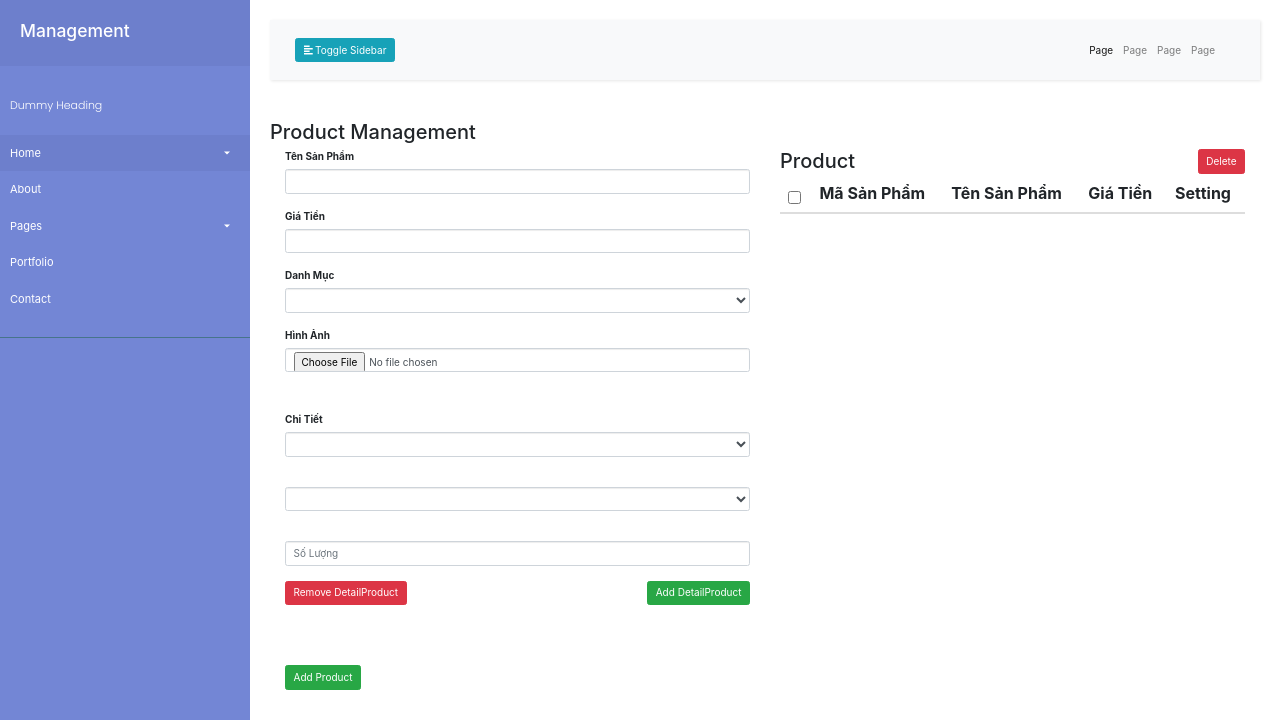
Repository: tiendungnguyen738/shoponline
Page: http://localhost/shoponline/WEB-INF/views/Product_Admin.jsp
These files come from the project's save history. The page is drawn as it stood at one moment and after the next save; the edit follows.
The browser window is 1280 px wide. The pictures show the whole page.
Some web libraries are served in a nearby version. The page is served by Tomcat 9. Nobody is signed in. Other server files are loaded and not shown. The template is opened directly, without the code that normally fills it, so the values that code supplies are empty.

Above is the page before, as saved 2019-09-24 13:54:03.

### shoponline/src/main/webapp/WEB-INF/views/Product_Admin.jsp
<%@ taglib prefix="c" uri="http://java.sun.com/jsp/jstl/core"%>
<%@ page contentType="text/html;charset=UTF-8" language="java"%>

<html>
<head>
	<title>Product-Manage</title>
	<meta charset="utf-8">
	<link rel="stylesheet"
		href="https://maxcdn.bootstrapcdn.com/bootstrap/3.4.0/css/bootstrap.min.css">
	<link rel="stylesheet"
		href="<c:url value='/resources/admin/product-admin.css'/>" />
 	<link rel="stylesheet"
		href="<c:url value='/resources/admin/style.css'/>" />

	<meta name="viewport" content="width=device-width, initial-scale=1.0">
	<meta http-equiv="X-UA-Compatible" content="IE=edge">

	<link rel="stylesheet"
		href="https://stackpath.bootstrapcdn.com/bootstrap/4.1.0/css/bootstrap.min.css"
		integrity="sha384-9gVQ4dYFwwWSjIDZnLEWnxCjeSWFphJiwGPXr1jddIhOegiu1FwO5qRGvFXOdJZ4"
		crossorigin="anonymous">
	<script defer
		src="https://use.fontawesome.com/releases/v5.0.13/js/solid.js"
		integrity="sha384-tzzSw1/Vo+0N5UhStP3bvwWPq+uvzCMfrN1fEFe+xBmv1C/AtVX5K0uZtmcHitFZ"
		crossorigin="anonymous"></script>
	<script defer
		src="https://use.fontawesome.com/releases/v5.0.13/js/fontawesome.js"
		integrity="sha384-6OIrr52G08NpOFSZdxxz1xdNSndlD4vdcf/q2myIUVO0VsqaGHJsB0RaBE01VTOY"
		crossorigin="anonymous"></script>

</head>
<body>
	<div class="wrapper">
		<nav id="sidebar">
			<div class="sidebar-header">
				<h3>Management</h3>
			</div>

			<ul class="list-unstyled components">
				<p>Dummy Heading</p>
				<li class="active"><a href="#homeSubmenu"
					data-toggle="collapse" aria-expanded="false"
					class="dropdown-toggle">Home</a>
					<ul class="collapse list-unstyled" id="homeSubmenu">
						<li><a href="#">Home 1</a></li>
						<li><a href="#">Home 2</a></li>
						<li><a href="#">Home 3</a></li>
					</ul></li>
				<li><a href="#">About</a></li>
				<li><a href="#pageSubmenu" data-toggle="collapse"
					aria-expanded="false" class="dropdown-toggle">Pages</a>
					<ul class="collapse list-unstyled" id="pageSubmenu">
						<li><a href="#">Page 1</a></li>
						<li><a href="#">Page 2</a></li>
						<li><a href="#">Page 3</a></li>
					</ul></li>
				<li><a href="#">Portfolio</a></li>
				<li><a href="#">Contact</a></li>
			</ul>

		</nav>
		<div id="content">

			<nav class="navbar navbar-expand-lg navbar-light bg-light">
				<div class="container-fluid">

					<button type="button" id="sidebarCollapse" class="btn btn-info">
						<i class="fas fa-align-left"></i> <span>Toggle Sidebar</span>
					</button>
					<button class="btn btn-dark d-inline-block d-lg-none ml-auto"
						type="button" data-toggle="collapse"
						data-target="#navbarSupportedContent"
						aria-controls="navbarSupportedContent" aria-expanded="false"
						aria-label="Toggle navigation">
						<i class="fas fa-align-justify"></i>
					</button>

					<div class="collapse navbar-collapse" id="navbarSupportedContent">
						<ul class="nav navbar-nav ml-auto">
							<li class="nav-item active"><a class="nav-link" href="#">Page</a>
							</li>
							<li class="nav-item"><a class="nav-link" href="#">Page</a></li>
							<li class="nav-item"><a class="nav-link" href="#">Page</a></li>
							<li class="nav-item"><a class="nav-link" href="#">Page</a></li>
						</ul>
					</div>
				</div>
			</nav>

			<h2>Product Management</h2>
			<div class="col-md-6 col-sm-12 form-group">
				<form id="form-sanpham">
					<label>Tên Sản Phẩm</label> <input type="text" class="form-control"
						id="tenSanPham" name="tenSanPham"></br> <label>Giá Tiền</label>
					<input type="text" class="form-control" id="giaTien" name="giaTien"></br>

					<label for="danhmucsanpham">Danh Mục</label><br> <select
						id="danhmucsanpham" name="danhmucsanpham" class="form-control">
						<c:forEach items="${categoryList}" var="categoryList">
							<option value="${categoryList.category_id}">${categoryList.category_name}</option>
						</c:forEach>
					</select><br /> <label>Hình Ảnh</label> <input type="file"
						class="form-control" id="uploadhinhanh" name="uploadhinhanh"></br>
					<br />
				</form>
				<div id="containerChitietsanpham">

					<div class="chitietsanpham">
						<label>Chi Tiết</label></br> <select name="size" class="form-control">
							<c:forEach items="${sizeList}" var="sizeList">
								<option value="${sizeList.id}">${sizeList.sizeName}</option>
							</c:forEach>
						</select></br>
						</br> <select name="mau" class="form-control">
							<c:forEach items="${colorList}" var="colorList">
								<option value="${colorList.id}">${colorList.colorName}</option>
							</c:forEach>
						</select></br>
						</br> <input type="number" name="soluong" class="form-control"
							placeholder="Số Lượng" /></br>
						<button type="button" class="btn btn-danger btn-remove"
							style="display: inline;">Remove DetailProduct</button>
						<button type="button" class="btn btn-success btn-detail"
							style="float: right; display: inline;">Add DetailProduct</button>
						</br>
					</div>
					</br>
					</br>
				</div>

				<div class="chitietsanpham" id="idChiTietSanPham">
					<label>Chi Tiết</label></br> <select name="size" class="form-control"
						id="size1">
						<c:forEach items="${sizeList}" var="sizeList">
							<option value="${sizeList.id}">${sizeList.sizeName}</option>
						</c:forEach>
					</select></br>
					</br> <select name="mau" class="form-control" id="mau1">
						<c:forEach items="${colorList}" var="colorList">
							<option value="${colorList.id}">${colorList.colorName}</option>
						</c:forEach>
					</select></br>
					</br> <input type="number" name="soluong" id="soLuong1"
						class="form-control" placeholder="Số Lượng" /></br>
					<button type="button" class="btn btn-danger btn-remove"
						style="display: inline;">Remove DetailProduct</button>
					<button type="button" class="btn btn-success btn-detail"
						style="float: right; display: inline;">Add DetailProduct</button>
					</br>
					<br />
					<button type="button" class="btn btn-dark" id="cancel">Cancel</button>
					<button type="button" class="btn btn-primary capNhatSanPham"
						id="capNhatSanPham">Update Product</button>
				</div>
				</br>
				</br>
				<button id="btn-themSanPham" type="button" class="btn btn-success">Add
					Product</button>

			</div>
			<div class="col-md-6 col-sm-12">
				<div>
					<h2 style="display: inline;">Product</h2>
					<button type="button" class="btn btn-danger" id="button-delete"
						style="float: right; display: inline;">Delete</button>
				</div>
				<table class="table table-hover" id="table-product">
					<thead>
						<tr>
							<th><input type="checkbox" class="AllCheckBox" id="allBox"></th>
							<th>Mã Sản Phẩm</th>
							<th>Tên Sản Phẩm</th>
							<th>Giá Tiền</th>
							<th>Setting</th>
						</tr>
					</thead>
					<tbody>
						<c:forEach items="${productList1}" var="pro">
							<tr>
								<td><input type="checkbox" value="${pro.id}" name="sport" /></td>
								<td>${pro.id}</td>
								<td>${pro.productName}</td>
								<td>${pro.price}</td>
								<td><button type="button" class="btn btn-warning"
										value="${pro.id}" id="editProduct">Edit</button></td>
							</tr>
						</c:forEach>
					</tbody>
				</table>
				<ul
					style="display: inline; list-style-type: none; margin-left: -6%;">
					<c:forEach begin="1" end="${tongSoTrang}" var="trangThu">
						<li style="display: inline; margin-right: 0.2%;"><a
							href="/shoponline/admin-product/${trangThu}"
							style="padding: 7px 10px; border-radius: 5px; border: 1px blue solid;"><c:out
									value="${trangThu}" /></a></li>
					</c:forEach>
				</ul>
			</div>


		</div>
	</div>

	<script src="https://code.jquery.com/jquery-3.3.1.slim.min.js"
		integrity="sha384-q8i/X+965DzO0rT7abK41JStQIAqVgRVzpbzo5smXKp4YfRvH+8abtTE1Pi6jizo"
		crossorigin="anonymous"></script>
	<!-- Popper.JS -->
	<script
		src="https://cdnjs.cloudflare.com/ajax/libs/popper.js/1.14.0/umd/popper.min.js"
		integrity="sha384-cs/chFZiN24E4KMATLdqdvsezGxaGsi4hLGOzlXwp5UZB1LY//20VyM2taTB4QvJ"
		crossorigin="anonymous"></script>
	<!-- Bootstrap JS -->
	<script
		src="https://stackpath.bootstrapcdn.com/bootstrap/4.1.0/js/bootstrap.min.js"
		integrity="sha384-uefMccjFJAIv6A+rW+L4AHf99KvxDjWSu1z9VI8SKNVmz4sk7buKt/6v9KI65qnm"
		crossorigin="anonymous"></script>

	<script type="text/javascript">
		$(document).ready(function() {
			$('#sidebarCollapse').on('click', function() {
				$('#sidebar').toggleClass('active');
			});
		});
	</script>
</body>

	<script src="http://code.jquery.com/jquery-1.9.1.js"></script>
	<script src="http://malsup.github.com/jquery.form.js"></script>
	<script type="text/javascript" src="<c:url value='/resources/js/productManage.js'/>"></script>

</html>

### shoponline/src/main/webapp/resources/admin/product-admin.css
#idChiTietSanPham{
	 display:none;
}

### shoponline/src/main/webapp/resources/admin/style.css
/*
    DEMO STYLE
*/

@import "https://fonts.googleapis.com/css?family=Poppins:300,400,500,600,700";
body {
    font-family: 'Poppins', sans-serif;
    background: #fafafa;
}

p {
    font-family: 'Poppins', sans-serif;
    font-size: 1.1em;
    font-weight: 300;
    line-height: 1.7em;
    color: #999;
}

a,
a:hover,
a:focus {
    color: inherit;
    text-decoration: none;
    transition: all 0.3s;
}

.navbar {
    padding: 15px 10px;
    background: #fff;
    border: none;
    border-radius: 0;
    margin-bottom: 40px;
    box-shadow: 1px 1px 3px rgba(0, 0, 0, 0.1);
}

.navbar-btn {
    box-shadow: none;
    outline: none !important;
    border: none;
}

.line {
    width: 100%;
    height: 1px;
    border-bottom: 1px dashed #ddd;
    margin: 40px 0;
}

/* ---------------------------------------------------
    SIDEBAR STYLE
----------------------------------------------------- */

.wrapper {
    display: flex;
    width: 100%;
    align-items: stretch;
}

#sidebar {
    min-width: 250px;
    max-width: 250px;
    background: #7386D5;
    color: #fff;
    transition: all 0.3s;
}

#sidebar.active {
    margin-left: -250px;
}

#sidebar .sidebar-header {
    padding: 20px;
    background: #6d7fcc;
}

#sidebar ul.components {
    padding: 20px 0;
    border-bottom: 1px solid #47748b;
}

#sidebar ul p {
    color: #fff;
    padding: 10px;
}

#sidebar ul li a {
    padding: 10px;
    font-size: 1.1em;
    display: block;
    color: white;
}

#sidebar ul li a:hover {
    color: #7386D5;
    background: #fff;
}

#sidebar ul li.active>a,
a[aria-expanded="true"] {
    color: #fff;
    background: #6d7fcc;
}

a[data-toggle="collapse"] {
    position: relative;
}

.dropdown-toggle::after {
    display: block;
    position: absolute;
    top: 50%;
    right: 20px;
    transform: translateY(-50%);
}

ul ul a {
    font-size: 0.9em !important;
    padding-left: 30px !important;
    background: #6d7fcc;
}

ul.CTAs {
    padding: 20px;
}

ul.CTAs a {
    text-align: center;
    font-size: 0.9em !important;
    display: block;
    border-radius: 5px;
    margin-bottom: 5px;
}

a.download {
    background: #fff;
    color: #7386D5;
}

a.article,
a.article:hover {
    background: #6d7fcc !important;
    color: #fff !important;
}

/* ---------------------------------------------------
    CONTENT STYLE
----------------------------------------------------- */

#content {
    width: 100%;
    padding: 20px;
    min-height: 100vh;
    transition: all 0.3s;
}

/* ---------------------------------------------------
    MEDIAQUERIES
----------------------------------------------------- */

@media (max-width: 768px) {
    #sidebar {
        margin-left: -250px;
    }
    #sidebar.active {
        margin-left: 0;
    }
    #sidebarCollapse span {
        display: none;
    }
}

### shoponline/src/main/webapp/resources/js/productManage.js
$(document).ready(function(){
	var idProduct = 0;
    var files= [];
	var nameImage = "";
	$("#uploadhinhanh").change(function(event){
		 files = event.target.files;
	       nameImage = files[0].name;
	       var forms = new FormData();
	       forms.append("file",files[0]);
	       $.ajax({
	           url:"/shoponline/api-product-manage/upload-image",
	           type:"POST",
	           data:forms,
	           processData: false,
	           contentType: false,
	           enctype:"multipart/form-data",
	           success:function(value){
	               alert("upload thanh cong");
	           }
	       })
	})

	$("body").on("click",".btn-detail",function(){
		var This = $("#idChiTietSanPham").clone();
		This.removeAttr("id");
		This.appendTo($("#containerChitietsanpham"));
	})

	$("body").delegate(".btn-remove","click",function(){
		this.closest(".chitietsanpham").remove();
	})

	$("body").on("click","#btn-themSanPham",function(){
		var productForm = {};
		var productDetail =[];

		var form  = $("#form-sanpham").serializeArray();
		$.each(form, function(i, field){
		   productForm[field.name] = field.value;
		  });

		$("#containerChitietsanpham > .chitietsanpham").each(function(){
			objectChiTiet = {};
            mauSanPham = $(this).find('select[name="mau"]').val();
            sizeSanPham = $(this).find('select[name="size"]').val();
            soLuong = $(this).find('input[name="soluong"]').val();

            objectChiTiet["mauSanPham"] = mauSanPham;
            objectChiTiet["sizeSanPham"] = sizeSanPham;
            objectChiTiet["soLuong"] = soLuong;

            productDetail.push(objectChiTiet);
		});

		productForm["productDetail"] = productDetail;
		productForm["nameImage"] = nameImage;
		var formInfor = JSON.stringify(productForm);
		console.log(formInfor);
		$.ajax({
			 url:"/shoponline/api-product-manage/add-product",
			 type:"POST",
			 data:{
				 formInfor:formInfor
			 },
			 success:function(value){
				 alert("add success");
			 }

		})
	})

	$("body").on("click","#editProduct",function(){
        $("#btn-themSanPham").addClass("hide");
        $("#uploadhinhanh").prop('readonly', true);
		idProduct = $(this).closest("tr").find("input[name='sport']").val();
		$.ajax({
			url:"/shoponline/api-product-manage/edit-product",
			type:"POST",
			data:{
				idProduct:idProduct
			},
			success:function(value){
				   $("#tenSanPham").val(value.productName);
	               $("#giaTien").val(value.price);
	               $("#danhmucsanpham").val(value.category.category_id);

	               $("#containerChitietsanpham").html("");

	               for( i in value.productsDetail){
	                   var chitietsanpham = $("#idChiTietSanPham").clone().removeAttr("id");
	                   chitietsanpham.find("#mau1").val(value.productsDetail[i].color.id);
	                   chitietsanpham.find("#size1").val(value.productsDetail[i].size.id);
	                   chitietsanpham.find("#soLuong1").val(value.productsDetail[i].soLuong);
	                   $("#containerChitietsanpham").append(chitietsanpham);
	               }
	               $("#cancel").removeClass("hide");
	               $("#capNhatSanPham").removeClass("hide");
			}
		})
	})

	$("body").on("click","#cancel",function(){
       $("#btn-themSanPham").removeClass("hide");
       $(this).addClass("hide");
       $("#capNhatSanPham").addClass("hide");
   })

	$("#allBox").change(function(){
       if(this.checked){
           $("#table-product input").each(function () {
                $(this).prop("checked",true);
           })
       }else {
           $("#table-product input").each(function () {
               $(this).prop("checked",false);
           })
       }
   })

   $("#button-delete").click(function(){
	   var idProduct;
	   $("#table-product input[name='sport']:checked").each(function () {
		   idProduct = $(this).val();
		   var This = $(this);
		   $.ajax({
			   url:"/shoponline/api-product-manage/delete-product",
			   type:"POST",
			   data:{
				   idProduct:idProduct
			   },
			   success:function(value){
				   alert("delete success !!!");
				   This.closest("tr").remove();
			   }
		   })
      })
   })

	$("body").on("click","#capNhatSanPham",function(){
		var formData = $("#form-sanpham").serializeArray();
        json = {};
        arrayChiTiet = [];
        $("#containerChitietsanpham > .chitietsanpham").each(function(){
            objectChiTiet = {};
            mauSanPham = $(this).find('select[name="mau"]').val();
            sizeSanPham = $(this).find('select[name="size"]').val();
            soLuong = $(this).find('input[name="soluong"]').val();

            objectChiTiet["mauSanPham"] = mauSanPham;
            objectChiTiet["sizeSanPham"] = sizeSanPham;
            objectChiTiet["soLuong"] = soLuong;

            arrayChiTiet.push(objectChiTiet);
        })

        $.each(formData,function(i,field){
            json[field.name] = field.value;
        })
        json["chiTietSanPham"] = arrayChiTiet;
        json["idProduct"] = idProduct;
        $.ajax({
            url:"/shoponline/api-product-manage/capNhapSanPham",
            type:"POST",
            data:{
                dataJson:JSON.stringify(json)
            },
            success:function(value){
                alert("update product success");
            }
        })
	})


})

After the next save:
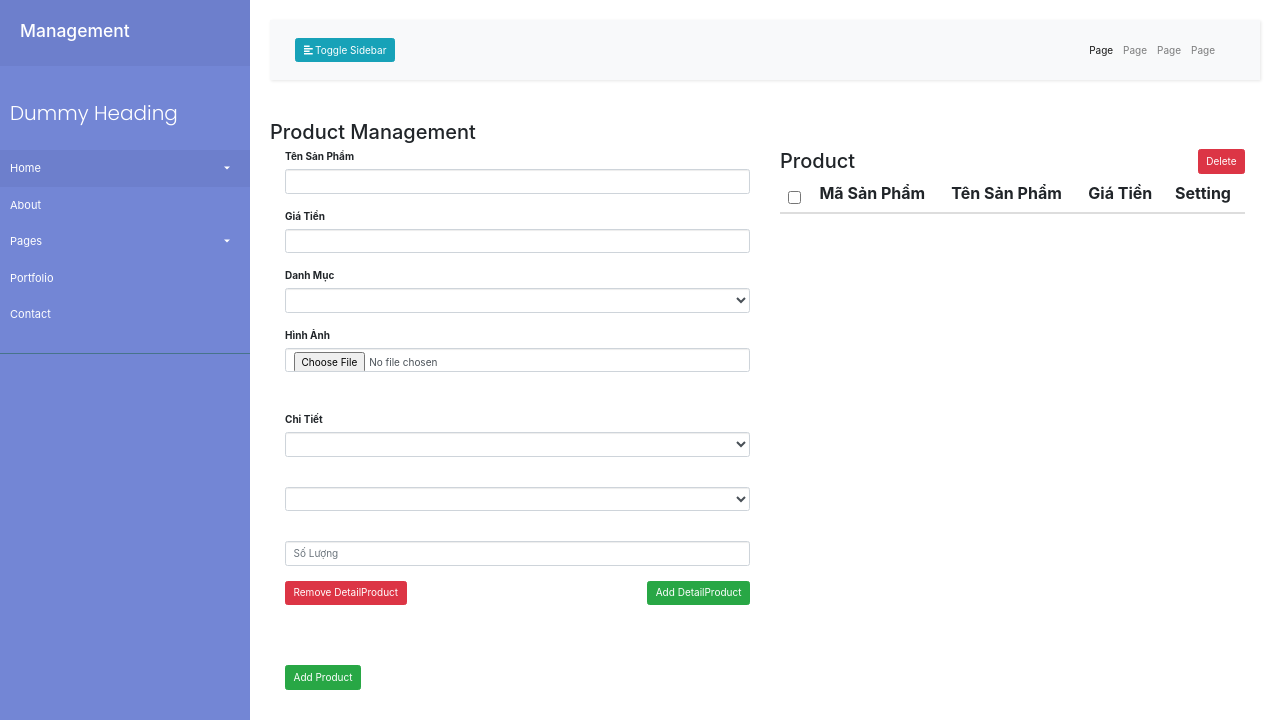
Saved 19 s later.
--- a/shoponline/src/main/webapp/resources/admin/style.css
+++ b/shoponline/src/main/webapp/resources/admin/style.css
@@ -10,7 +10,7 @@ body {
 
 p {
     font-family: 'Poppins', sans-serif;
-    font-size: 1.1em;
+    font-size: 2em;
     font-weight: 300;
     line-height: 1.7em;
     color: #999;
